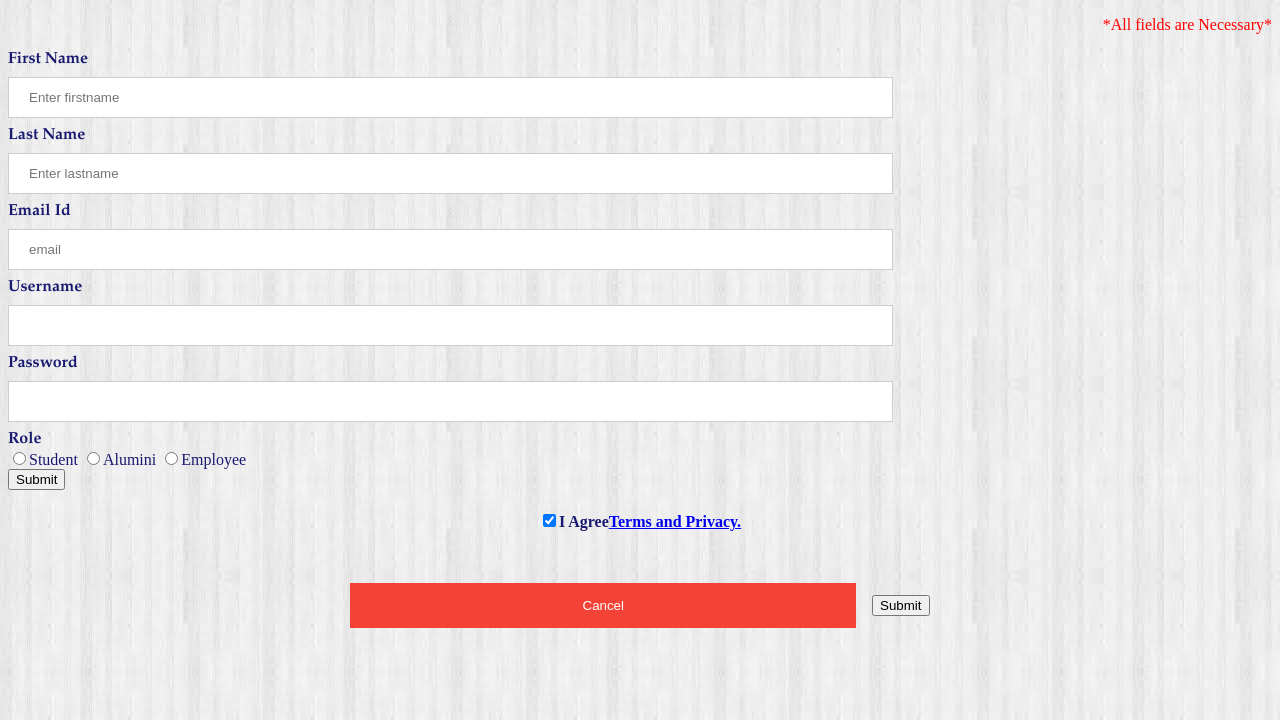
Repository: SwapnilYeldi/Project-2
Page: frontend/WebContent/views/registrationform.html
These files come from the project's save history. The page is drawn as it stood at one moment and after the next save; the edit follows.
The browser window is 1280 px wide. The pictures show the whole page.

Above is the page before, as saved 2017-07-17 16:16:28.

### frontend/WebContent/views/registrationform.html

<!DOCTYPE html PUBLIC "-//W3C//DTD HTML 4.01 Transitional//EN" "http://www.w3.org/TR/html4/loose.dtd">
<html>
<head>

<meta http-equiv="Content-Type" content="text/html; charset=ISO-8859-1">
<title>Register</title>

<jsp:include page="navbar.jsp"></jsp:include>


<style>
input[type=text], input[type=password] {
    width: 70%;
    padding: 12px 20px;
    margin: 8px 0;
    display: inline-block;
    border: 1px solid #ccc;
    box-sizing: border-box;
}

.cancelbtn {
color: white;
    padding: 15px 40px;
    margin: 30px 0;
    border: none;
    cursor: pointer;
   background-color: #f44336;
    width:40%;
}
.signupbtn {
color: white;
    padding: 15px 40px;
    margin: 30px 0;
    border: none;
    cursor: pointer;
background-color: #4CAF50;
    float: center;
    width: 40%;
}
</style>

</head>

<body background ="resources\image\login.jpg">

<!-- <script type="text/javascript">
function checkPass()
{
	var x=document.getElementById("pass").value;
	var y=document.getElementById("cpass").value;
	if(x!=y)
	{
		alert("both passwords should be same");
		return false;
	}

	else
		{
		 alert("Your registration has been completed successfully");

		}

	}


</script> -->

<form action="user" method="POST" onsubmit="return checkPass()">
<font color="MIDNIGHTBLUE">
<div class="container">
<p align="right">
<label><font color="red"> *All fields are Necessary*</font></label><br></p>
<label><b><font face="Garamond">First Name</b></font></label><br>
<input type="text" ng-model="user.firstname" placeholder="Enter firstname"><br>
<label><font face="Garamond"><b>Last Name</b></font></label><br>
<input type="text" ng-model="user.lastname" placeholder="Enter lastname"><br>
<!-- <label><font face="Garamond"><b>User Name-*Generate new user name</b></font></label><br>
<input type="text" name="uname"  required><br> -->

<label><font face="Garamond"><b>Email Id</b></font></label><br>
<input type="text" ng-model="user.email" placeholder="email"><br>

<label><font face="Garamond"><b>Username</b></font></label><br>
<input type="text" ng-model="user.username"><br>
<label><font face="Garamond"><b> Password</b></font></label><br>
<input type="password" ng-model="user.password"><br>

<!-- <label><font face="Garamond"><b>Confirm password</b></font></label><br>
<input type="password" id="cpass" name="confirmpass"  required><br> -->

<label><font face="Garamond"><b>Role</b></font></label><br>
<input type="radio" ng-model="user.role" value="Student">Student
<input type="radio" ng-model="user.role" value="Alumini">Alumini
<input type="radio" ng-model="user.role" value="Employee">Employee<br>
<input type="submit" ng-click="register()"><br>



</div>
<center>
<h4><input type="checkbox" checked="checked">I Agree<a href="#"><u>Terms and Privacy.</u></a></h3>
<input type="button" class="cancelbtn" value="Cancel">&nbsp;&nbsp;&nbsp;
<input type="submit" ng-click="register()"><br><center>

	</font>
</form>



</body>

</html>



<!-- <div>
{{error.message}}

<form>
Enter firstname: <input type="text" ng-model="user.firstname" placeholder="Enter firstname"><br>
Enter lasstname: <input type="text" ng-model="user.lastname" placeholder="Enter lastname"><br>
Enter email: <input type="text" ng-model="user.email" placeholder="email"><br>
Enter username: <input type="text" ng-model="user.username"><br>
Enter password: <input type="password" ng-model="user.password"><br>
Enter Role: <input type="radio" ng-model="user.role" value="Student">Student
<input type="radio" ng-model="user.role" value="Alumini">Alumini
<input type="radio" ng-model="user.role" value="Employee">Employee<br>
<input type="submit" ng-click="register()"><br>

</form>
</div> -->

After the next save:
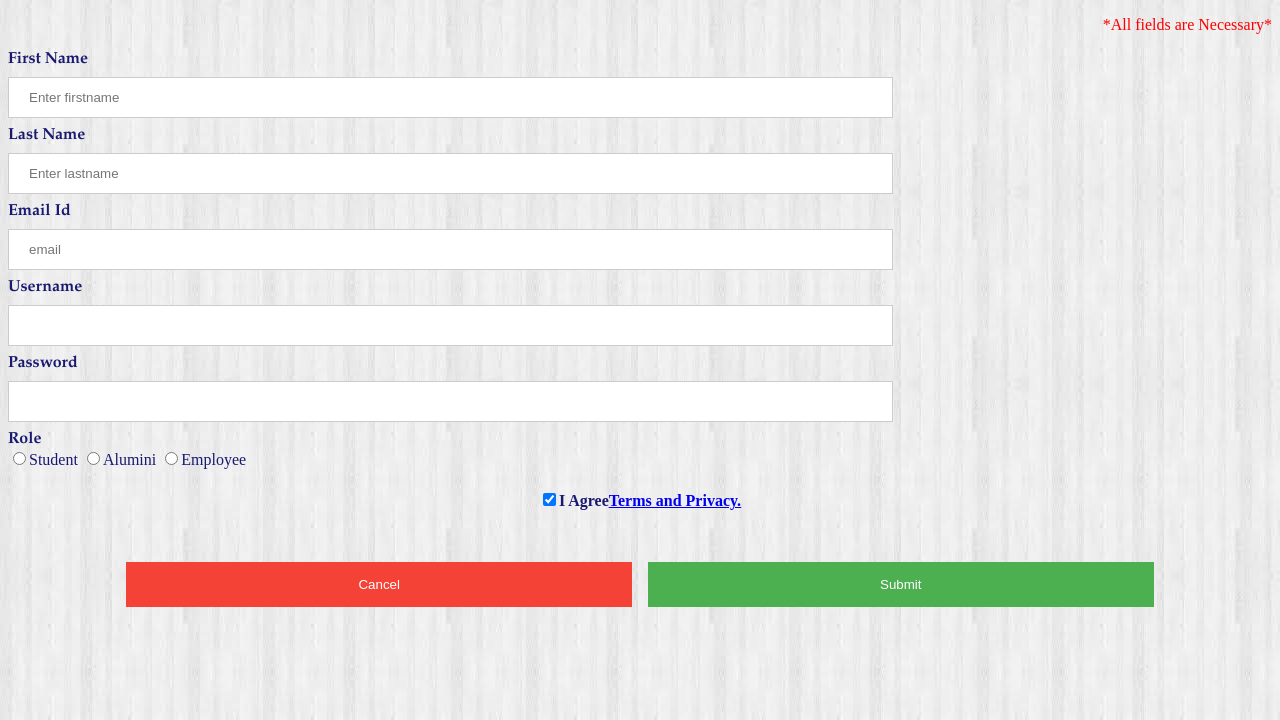
Saved 51 s later.
--- a/frontend/WebContent/views/registrationform.html
+++ b/frontend/WebContent/views/registrationform.html
@@ -93,7 +93,7 @@ function checkPass()
 <input type="radio" ng-model="user.role" value="Student">Student
 <input type="radio" ng-model="user.role" value="Alumini">Alumini
 <input type="radio" ng-model="user.role" value="Employee">Employee<br>
-<input type="submit" ng-click="register()"><br>
+
 
 
 
@@ -101,7 +101,7 @@ function checkPass()
 <center>
 <h4><input type="checkbox" checked="checked">I Agree<a href="#"><u>Terms and Privacy.</u></a></h3>
 <input type="button" class="cancelbtn" value="Cancel">&nbsp;&nbsp;&nbsp;
-<input type="submit" ng-click="register()"><br><center>
+<input type="submit" class="signupbtn"  ng-click="register()"><center>
 
 	</font>
 </form>
